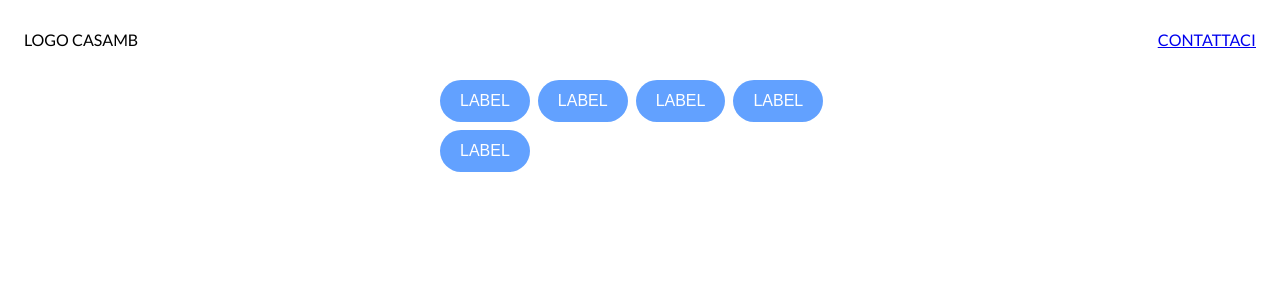
Repository: nicolorz/casamb
Page: /
The author's editor kept a copy of each file at every save. The page is drawn from the files as they stood at one save, then again after the next save.
The browser window is 1280 px wide. The pictures show the whole page.
The project was rebuilt for these pictures with package versions that can differ from the ones it lists, and the page was loaded fresh each time. Also part of the build but not shown: src/index.css, src/App.css.

Above is the page before, as saved 2023-07-18 17:50:48.

After the next save:
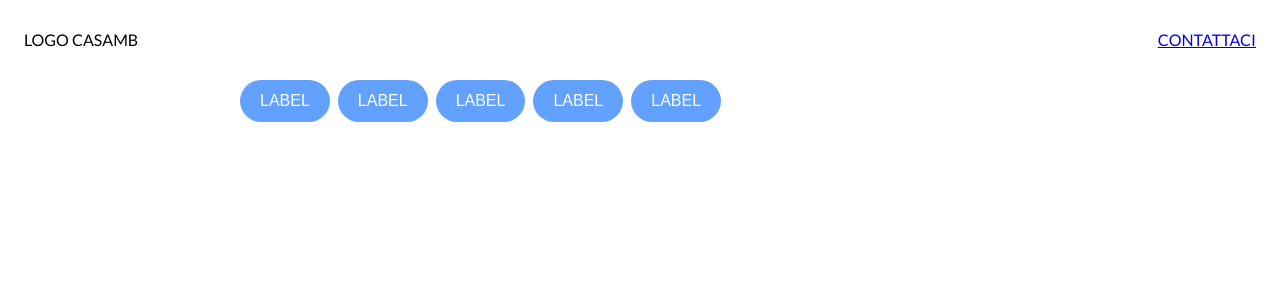
Saved 7 s later.
--- a/src/components/HeaderWrapper/Header.css
+++ b/src/components/HeaderWrapper/Header.css
@@ -27,7 +27,7 @@
 }
 
 .sorting-area {
-    width: 400px;
+    width: 800px;
     display: flex;
     flex-flow: row wrap;
     gap: 0.5rem;
